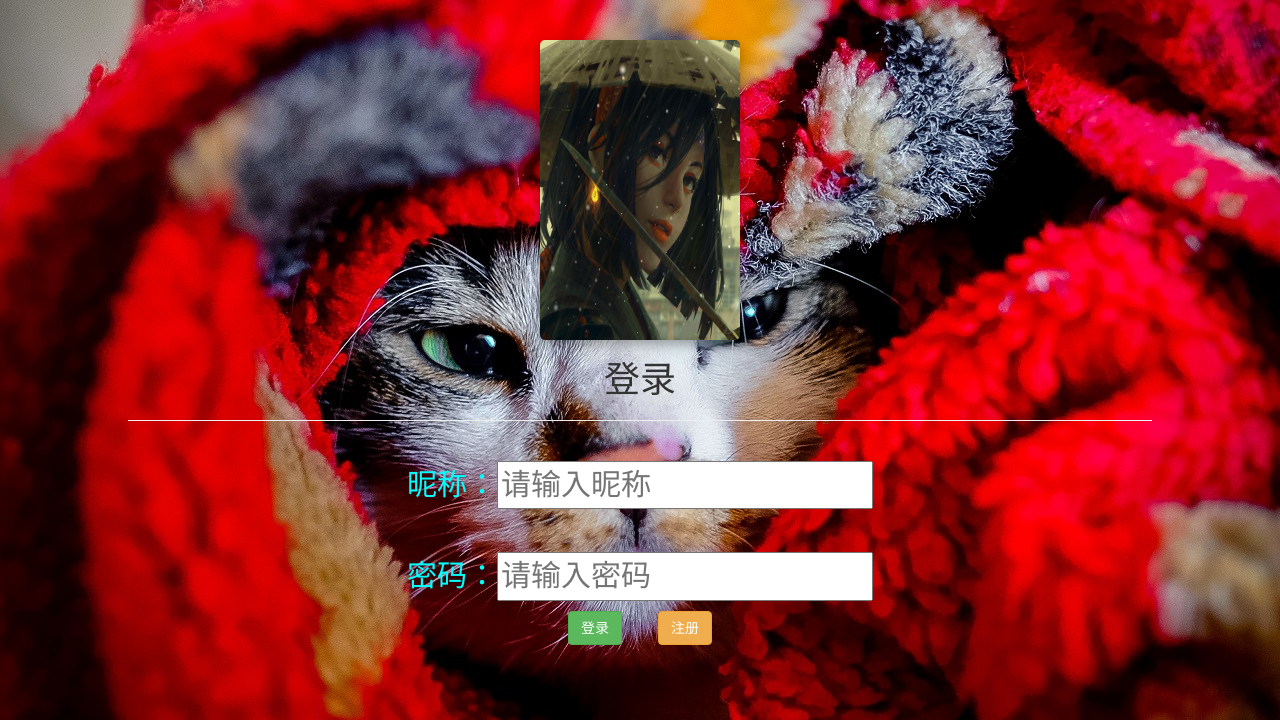
Repository: JuniorProjectTraining/free
Page: http://localhost/emss/login.jsp
These files come from the project's save history. The page is drawn as it stood at one moment and after the next save; the edit follows.
The browser window is 1280 px wide. The pictures show the whole page.
Some web libraries are served in a nearby version. The page is served by Tomcat 9.

Above is the page before, as saved 2019-12-25 14:09:28.

After the next save:
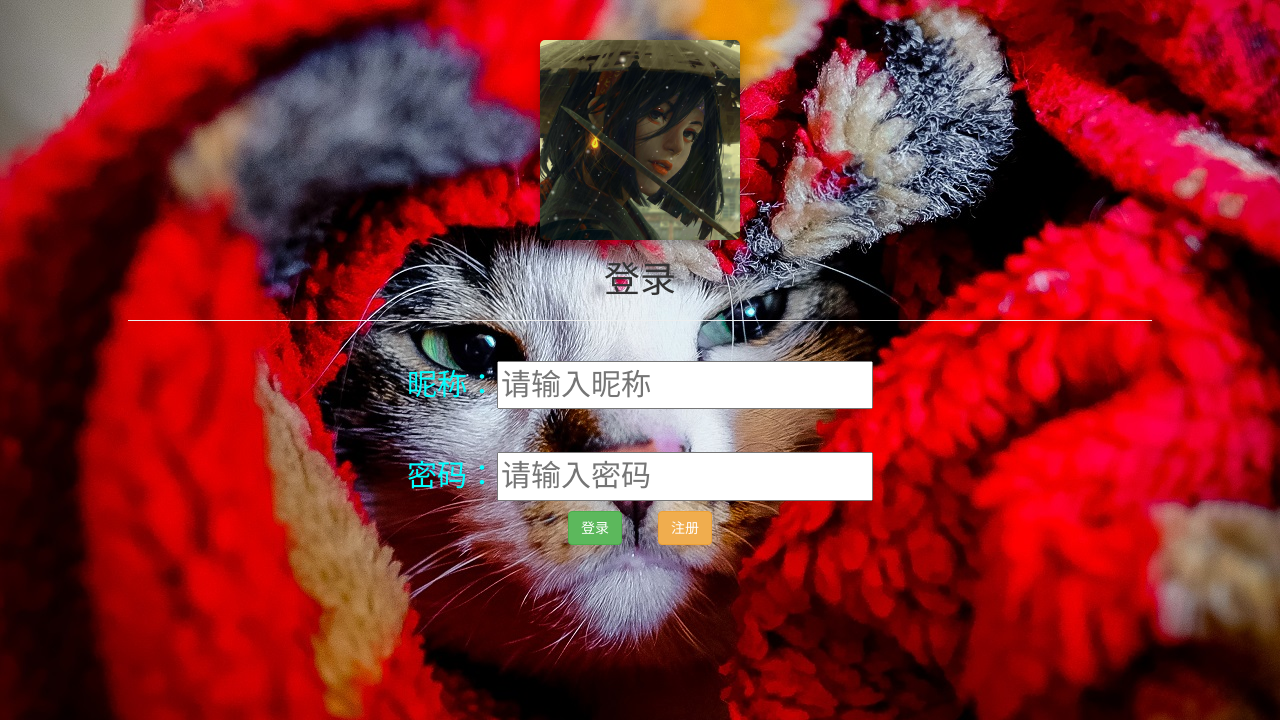
Saved 25 s later.
--- a/emss/src/main/webapp/login.jsp
+++ b/emss/src/main/webapp/login.jsp
@@ -33,7 +33,7 @@ body {
 	box-shadow: 0 4px 8px 0 rgba(0, 0, 0, 0.2), 0 6px 20px 0
 		rgba(0, 0, 0, 0.19);
 	width: 200px;
-	height: 300px;
+	height: 200px;
 	border-radius: 32px;
 	border-radius: 5px;
 	cursor: pointer;
